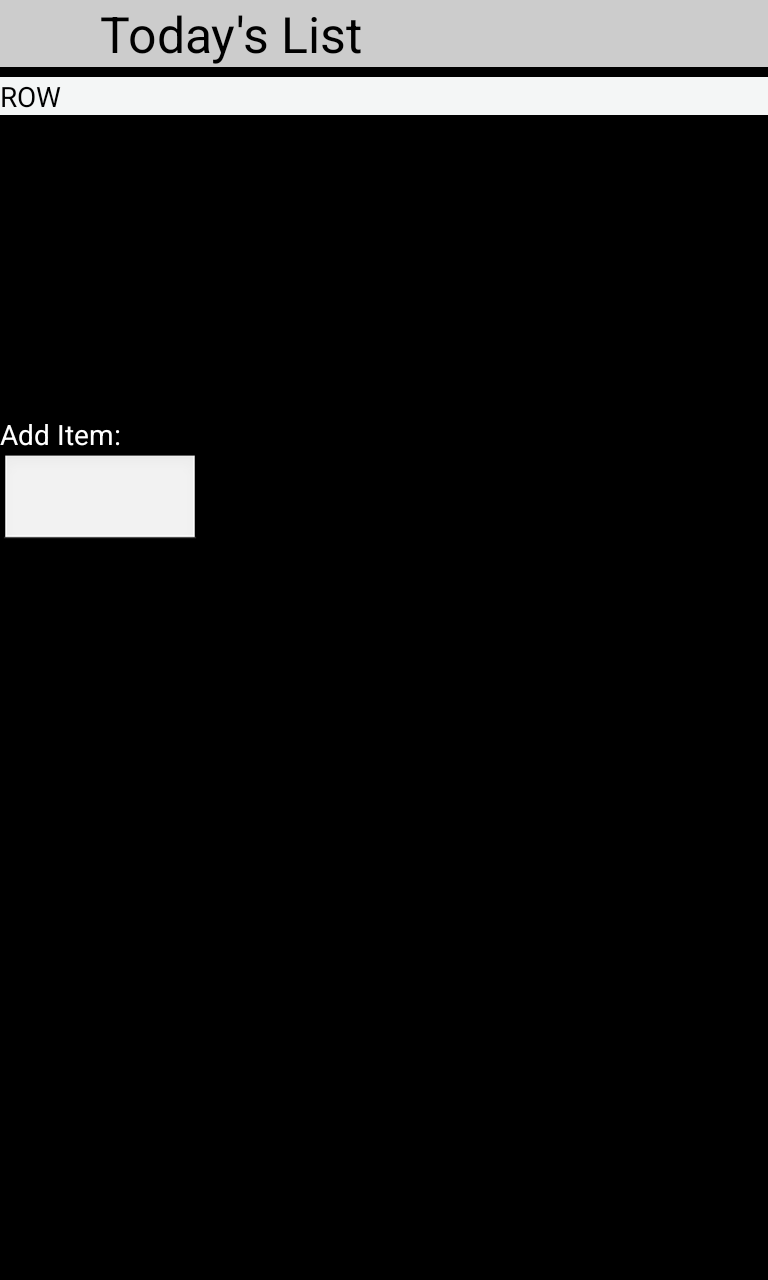
Repository: adatta02/comp194ma
Layout: hello_world/res/layout/main.xml
The author's editor kept a copy of each file at every save. The layout is drawn from the files as they stood at one save, then again after the next save.
It is drawn on a 768 x 1280 px phone screen (xhdpi) without system bars, with theme android:Theme; the app's code is not run.

Above is the layout before, as saved 2009-02-03 05:51:06.

### hello_world/res/layout/main.xml
<?xml version="1.0" encoding="utf-8"?>
<LinearLayout xmlns:android="http://schemas.android.com/apk/res/android"
    android:orientation="vertical"
    android:layout_width="fill_parent"
    android:layout_height="fill_parent"
    >

<TextView android:id="@+id/TextView01" android:layout_height="wrap_content" android:text="Today's List" android:textSize="25sp" android:background="#cccccc" android:textColor="#000000" android:paddingLeft="100px" android:layout_width="fill_parent"></TextView><TableLayout android:id="@+id/TableLayout01" android:layout_width="fill_parent" android:layout_height="fill_parent" android:layout_marginTop="10px"><TableRow android:id="@+id/TableRow01" android:layout_height="fill_parent" android:layout_width="fill_parent" android:background="#F4F6F6"><TextView android:id="@+id/TextView02" android:text="ROW" android:layout_height="fill_parent" android:layout_width="fill_parent" android:textColor="#000000"></TextView>
</TableRow>
<TableRow android:id="@+id/TableRow02" android:layout_width="wrap_content" android:layout_height="wrap_content" android:layout_marginTop="300px"><TextView android:id="@+id/TextView03" android:layout_width="wrap_content" android:layout_height="wrap_content" android:text="Add Item:" android:textColor="#ffffff"></TextView></TableRow>
<TableRow android:id="@+id/TableRow03" android:layout_width="wrap_content" android:layout_height="wrap_content"><EditText android:id="@+id/EditText01" android:layout_width="wrap_content" android:layout_height="wrap_content" android:editable="true" android:width="200px"></EditText>
</TableRow>
</TableLayout>


</LinearLayout>

After the next save:
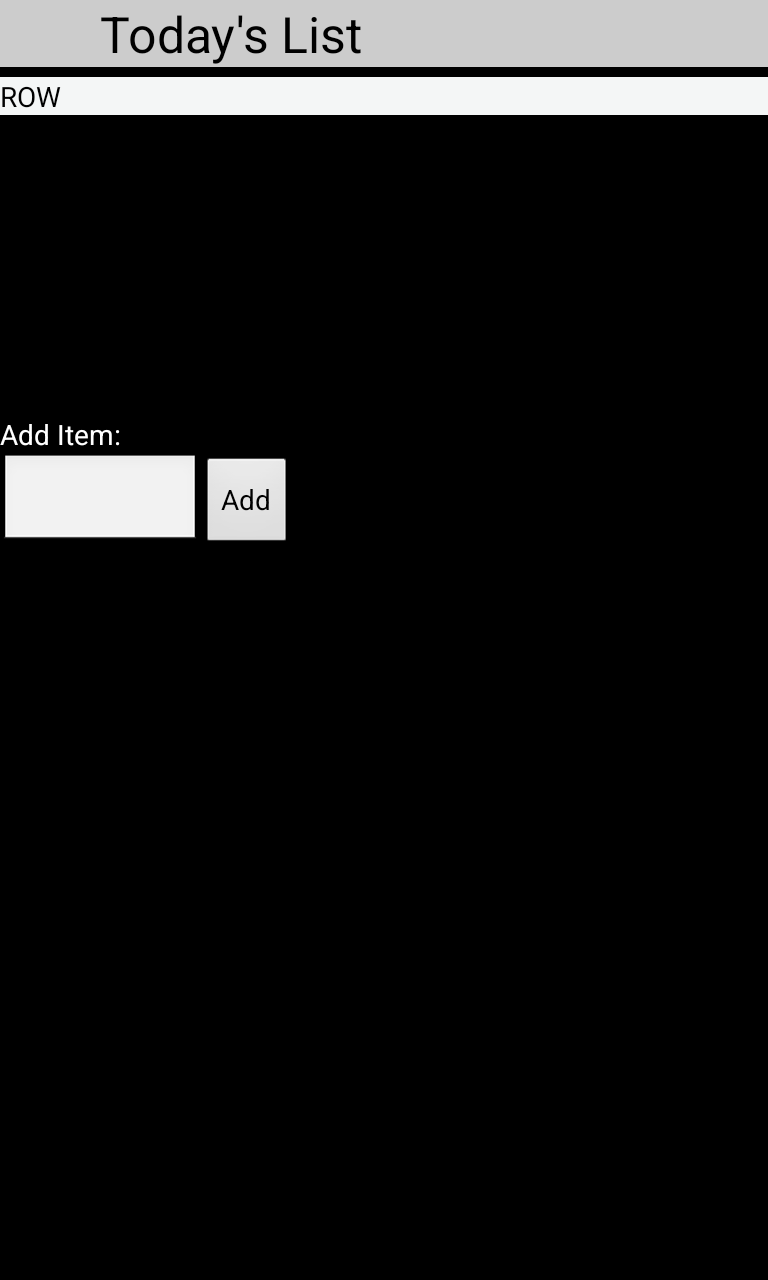
Saved 66 s later.
--- a/hello_world/res/layout/main.xml
+++ b/hello_world/res/layout/main.xml
@@ -9,6 +9,7 @@
 </TableRow>
 <TableRow android:id="@+id/TableRow02" android:layout_width="wrap_content" android:layout_height="wrap_content" android:layout_marginTop="300px"><TextView android:id="@+id/TextView03" android:layout_width="wrap_content" android:layout_height="wrap_content" android:text="Add Item:" android:textColor="#ffffff"></TextView></TableRow>
 <TableRow android:id="@+id/TableRow03" android:layout_width="wrap_content" android:layout_height="wrap_content"><EditText android:id="@+id/EditText01" android:layout_width="wrap_content" android:layout_height="wrap_content" android:editable="true" android:width="200px"></EditText>
+<Button android:id="@+id/Button01" android:layout_width="wrap_content" android:layout_height="wrap_content" android:text="Add"></Button>
 </TableRow>
 </TableLayout>
 
